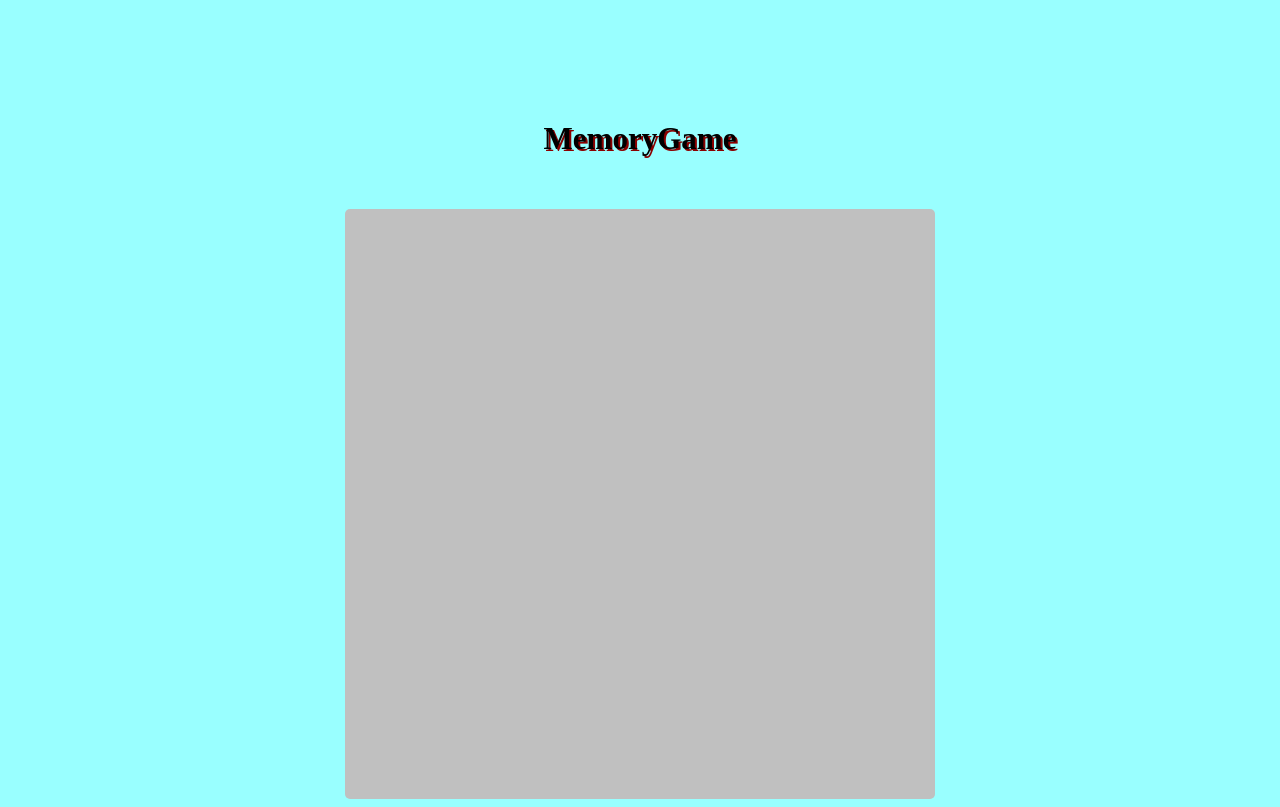
Repository: ls222vy/ls222vy-1dv403-laborationer
Page: 3-gameon/index.html
The author's editor kept a record of every edit. The page is drawn from the files as they stood at one moment, then again after the next edit.
The browser window is 1280 px wide. The pictures show the whole page.
Pictures or frames that could not be fetched are drawn as grey boxes.

Above is the page before.

### 3-gameon/index.html
<!DOCTYPE html>
<html lang ="sv">
      <head>
          <meta charset="UTF-8"/>
          <title>Gameon</title>
           <link rel="stylesheet" href="style.css">

      </head>
      <body>
            <h1>MemoryGame</h1>

         <div id="memoryTable"></div>

           <script src="memory/script/random.js"></script>

      </body>




</html>

### 3-gameon/style.css
body {
   /* background-color: #666600;*/
    background-color:#99FFFF  ;
}

#memoryTable {

    border-radius: 5px;
    -webkit-border-radius: solid 5px;
    width: 550px;
    height:550px;
    background-color:#C0C0C0;
    margin-left: auto;
    margin-right: auto;
    margin-top: auto;
    padding: 20px;
}
h1{
    display:Block;
    margin-top:90px;
    text-align:center;
    padding:1em;
    font-size:31px;
    text-shadow: 2px 2px #8b0000;
}

img {
    width: 125px;
    height: 125px;

}

### 3-gameon/memory/script/random.js
"use strict";

var RandomGenerator = {

	/*
		Denna metod tar antalet rader och columner som inparameter.

		Metoden returnerar en array inneh�llandes utslumpade tal mellan 1 och (rows*cols)/2. Varje tal representeras tv�
		g�nger och motsvarar s�ledes en spelbricka.

		I en 4*4 matris kan Arrayen t.ex. se ut s� h�r:
		[1,2,6,8,6,2,5,3,1,3,7,5,8,4,4,7]

		I en 2*4 matris kan Arrayen t.ex. se ut s� h�r:
		[3,4,4,1,2,1,2,3]
	*/

	getPictureArray: function(rows, cols)
	{
		var numberOfImages = rows*cols;
		var maxImageNumber = numberOfImages/2;

	   	var imgPlace = [];

	   //Utplacering av bilder i Array
	   for(var i=0; i<numberOfImages; i++)
		  imgPlace[i] = 0;

		for(var currentImageNumber=1; currentImageNumber<=maxImageNumber; currentImageNumber++)
		{
			var imageOneOK = false;
			var imageTwoOK = false;

			do
			{
				if(imageOneOK == false)
				{
					var randomOne = Math.floor( (Math.random() * (rows*cols-0) + 0) );

					if( imgPlace[randomOne] == 0 )
					{
						imgPlace[randomOne] = currentImageNumber;
						imageOneOK = true;
					}
				}

				if(imageTwoOK == false)
				{
					var randomTwo = Math.floor( (Math.random() * (rows*cols-0) + 0) );

					if( imgPlace[randomTwo] == 0 )
					{
						imgPlace[randomTwo] = currentImageNumber;
						imageTwoOK = true;
					}
				}
			}
			while(imageOneOK == false || imageTwoOK == false);
		}

		return imgPlace;
	}
}

### 3-gameon/memory/script/memory.js
"use strict";


var Memory = {

cardLocation: [],
cardWant:[],
rows: 2,
cols: 2,
swapCount:0,
 win: 0,
noOfTries:0,

 init:function(){
   //
  //var rows = 4;
  // var cols = 4;

     Memory.cardLocation =  RandomGenerator.getPictureArray(Memory.rows, Memory.cols);
     console.log(Memory.cardLocation);

     Memory.createTable(Memory.rows,Memory.cols);
 },

 createTable: function(rows,cols){

     var memoryGame = document.getElementById("memoryTable"); //memoryTable = id
     var table = document.createElement("table");
     var cardNumber = 0;

     memoryGame.appendChild(table);

     for (var row = 0; row < rows; row++ ){
         var tr = document.createElement("tr");
         table.appendChild(tr);

     for( var col = 0; col < cols; col++){
         var td = document.createElement("td");
         tr.appendChild(td);

         var a = document.createElement("a");
         a.href = "#";
         td.appendChild(a);

         var img = document.createElement("img");
         img.src = "memory/pics/0.png";
         a.appendChild(img);

         Memory.swapBrick(cardNumber,a);

         cardNumber += 1;


     }

     }
 },

        swapBrick:function(brickNumber,pic){
         pic.onclick = function (){
          var img = pic.getElementsByTagName("img")[0];

          if(img.getAttribute("src") !== "memory/pics/0.png"){

              return;
      }

        Memory.swapCount +=1;

        if(Memory.swapCount == 2 || Memory.swapCount == 1) {

         img.src = "memory/pics/" + Memory.cardLocation[brickNumber] + ".png";
         Memory.cardWant.push(img);

         }
        else {
          return;
        }
       if (Memory.swapCount == 2) {

         Memory.noOfTries += 1;

         setTimeout (function (){
          console.log(Memory.cardWant[0].getAttribute("src") === Memory.cardWant[1].getAttribute("src"));
          if(Memory.cardWant[0].getAttribute("src") === Memory.cardWant[1].getAttribute("src")){
         // console.log( Memory.rows);
          //console.log(Memory.cols / 2);
       //console.log(Memory.win);
       //console.log( Memory.rows * Memory.cols / 2);
               Memory.win += 1;

               if (Memory.win === Memory.rows * Memory.cols / 2){

               var p = document.createElement("p");
                p.textContent = "Grattis, du vann på " + Memory.noOfTries + " försök.";
                 var memoryGame = document.getElementById("memoryTable");
                 memoryGame.appendChild(p);
               }

          }
          else {

           Memory.cardWant[0].setAttribute("src","memory/pics/0.png");
           Memory.cardWant[1].setAttribute("src","memory/pics/0.png");
          }

            Memory.cardWant = [];
            Memory.swapCount = 0;

         }, 1000);
       }
     };


    }
};

window.onload = Memory.init;

After the next edit:
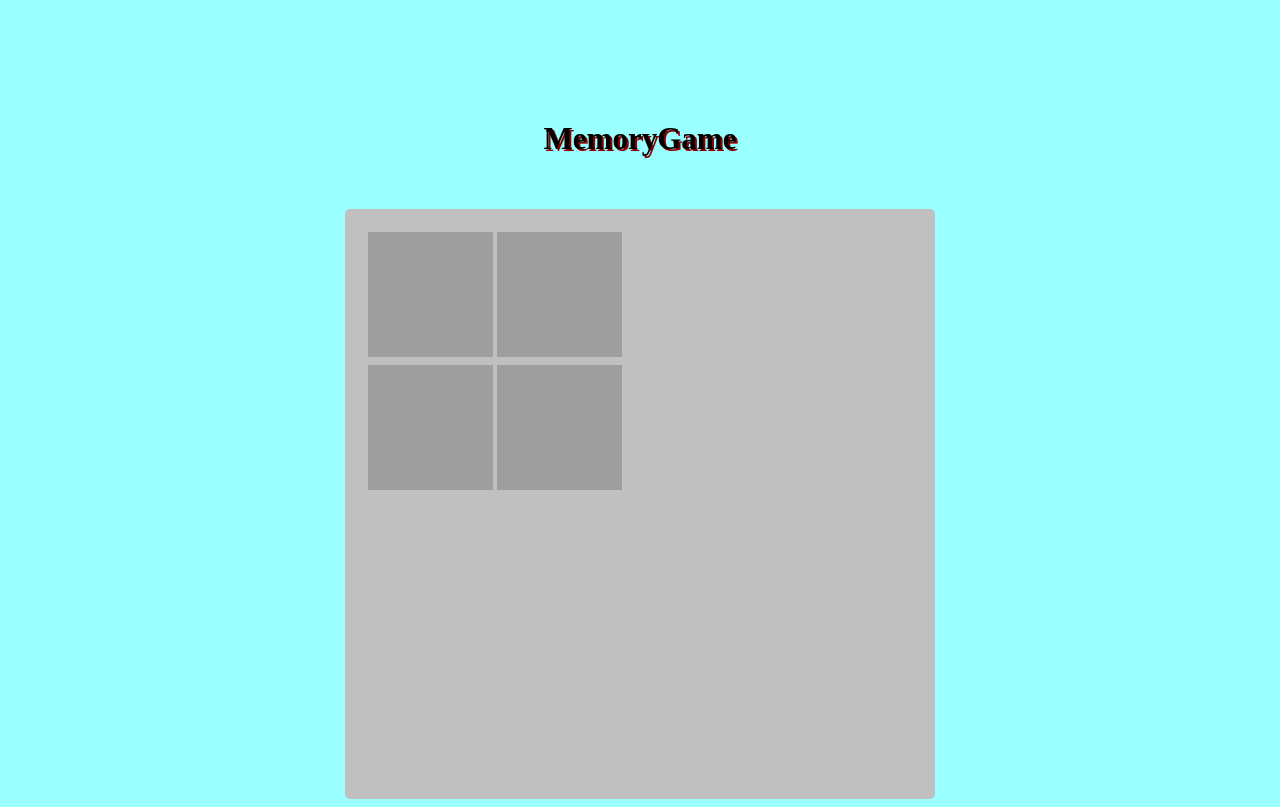
The edit:
--- a/3-gameon/index.html
+++ b/3-gameon/index.html
@@ -10,7 +10,7 @@
             <h1>MemoryGame</h1>
 
          <div id="memoryTable"></div>
-
+           <script src="memory/script/memory.js"></script>
            <script src="memory/script/random.js"></script>
 
       </body>
